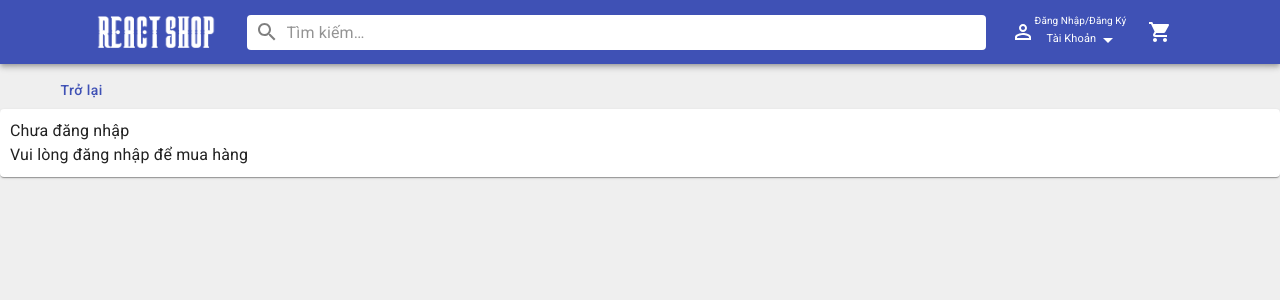
Repository: tvsinh/learn-react
Page: /account
An editor plug-in stored every save of this project. The page is shown before and after the next save, followed by the edit.
The browser window is 1280 px wide. The pictures show the whole page.
The page's requests for data from a server got no answer. The project was rebuilt for these pictures with package versions that can differ from the ones it lists, and the page was loaded fresh each time. No one was signed in, and anything a server would have sent is missing. Also part of the build but not shown: src/components/Footer/index.jsx, src/components/form-controls/InputField/index.jsx, src/features/Todo/components/TodoForm/index.jsx, src/components/form-controls/PasswordField/index.jsx, src/features/Auth/components/LoginForm/index.jsx, src/features/Auth/components/Login/index.jsx, src/features/Auth/components/RegisterForm/index.jsx, src/features/Auth/components/Register/index.jsx and 57 more.

Above is the page before, as saved 2021-08-11 21:50:06.

### public/index.html
<!DOCTYPE html>
<html lang="en">
  <head>
    <meta charset="utf-8" />
    <link rel="icon" href="%PUBLIC_URL%/shop.ico" />
    <meta name="viewport" content="width=device-width, initial-scale=1" />
    <meta name="theme-color" content="#000000" />
    <meta
      name="description"
      content="Web site created using create-react-app"
    />
    <link rel="apple-touch-icon" href="%PUBLIC_URL%/store.png" />
    <!--
      manifest.json provides metadata used when your web app is installed on a
      user's mobile device or desktop. See https://developers.google.com/web/fundamentals/web-app-manifest/
    -->
    <link rel="manifest" href="%PUBLIC_URL%/manifest.json" />
    <!--
      Notice the use of %PUBLIC_URL% in the tags above.
      It will be replaced with the URL of the `public` folder during the build.
      Only files inside the `public` folder can be referenced from the HTML.

      Unlike "/favicon.ico" or "favicon.ico", "%PUBLIC_URL%/favicon.ico" will
      work correctly both with client-side routing and a non-root public URL.
      Learn how to configure a non-root public URL by running `npm run build`.
    -->
    <link rel="stylesheet" href="https://fonts.googleapis.com/css?family=Roboto:300,400,500,700&display=swap" />
    <title>React Shop</title>
  </head>
  <body>
    <noscript>You need to enable JavaScript to run this app.</noscript>
    <div id="root"></div>
    <!--
      This HTML file is a template.
      If you open it directly in the browser, you will see an empty page.

      You can add webfonts, meta tags, or analytics to this file.
      The build step will place the bundled scripts into the <body> tag.

      To begin the development, run `npm start` or `yarn start`.
      To create a production bundle, use `npm run build` or `yarn build`.
    -->
  </body>
</html>

### src/index.css
html {
  background-color: rgb(239, 239, 239);
}

body {
  margin: 0;
  font-family: -apple-system, BlinkMacSystemFont, 'Segoe UI', 'Roboto', 'Oxygen',
    'Ubuntu', 'Cantarell', 'Fira Sans', 'Droid Sans', 'Helvetica Neue',
    sans-serif;
  -webkit-font-smoothing: antialiased;
  -moz-osx-font-smoothing: grayscale;
}

code {
  font-family: source-code-pro, Menlo, Monaco, Consolas, 'Courier New',
    monospace;
}

### src/features/Account/index.jsx
import React from 'react';
import Header from 'components/Header';
import { Box } from '@material-ui/core';
import { Switch, Route, useRouteMatch } from 'react-router-dom';
import AccountPage from './../Account/pages/AccountPage';

AccountFaeture.propTypes = {};

function AccountFaeture() {
  const match = useRouteMatch();

  return (
    <>
      <Header />
      <Box>
        <Switch>
          <Route path={match.url} exact component={AccountPage} />
        </Switch>
      </Box>
    </>
  );
}

export default AccountFaeture;

### src/components/Header/index.jsx
import { makeStyles } from '@material-ui/core/styles';
import Toolbar from '@material-ui/core/Toolbar';
import Typography from '@material-ui/core/Typography';
import MenuIcon from '@material-ui/icons/Menu';
import AccountCircle from '@material-ui/icons/AccountCircle';
import { Badge, Box, Container, IconButton, Menu, MenuItem } from '@material-ui/core';
import AppBar from '@material-ui/core/AppBar';
import Button from '@material-ui/core/Button';
import Dialog from '@material-ui/core/Dialog';
import DialogContent from '@material-ui/core/DialogContent';
import {
  ArrowBack,
  ArrowDropDown,
  Close,
  Home,
  PermIdentityOutlined,
  ShoppingCart,
} from '@material-ui/icons';
import BackToTop from 'components/BackToTop';
import Login from 'features/Auth/components/Login';
import Register from 'features/Auth/components/Register';
import { hideDialog, logout, showDialog } from 'features/Auth/userSlice';
import { cartItemsLenghtSelector } from 'features/Cart/selectors';
import SearchInput from 'features/SearchInput';
import queryString from 'query-string';
import React, { useEffect, useState } from 'react';
import { useDispatch, useSelector } from 'react-redux';
import { Link, useHistory } from 'react-router-dom';
import { useLocation } from 'react-router';
import SuccessCart from 'features/Cart/components/MiniSuccessCart';
import PropTypes from 'prop-types';
import { setFocusSearch } from 'features/Cart/cartSlice';

const useStyles = makeStyles((theme) => ({
  root: {
    position: 'static',

    [theme.breakpoints.down('md')]: {
      position: 'fixed',
      width: '100%',
      zIndex: '2',
      top: '0',
    },
  },
  input: {},
  infor: {
    display: 'flex',
  },
  userName: {
    width: '135px',
  },
  boxUser: {
    textAlign: 'center',
  },
  login: {
    fontSize: '10px',
    textTransform: 'capitalize',
  },
  loginInfo: {
    display: 'flex',
    fontSize: '11px',
    alignItems: 'center',
    marginLeft: '12px',
    textTransform: 'capitalize',
  },
  user: {
    fontSize: '10px',
    marginLeft: '-15px',
    textTransform: 'capitalize',
  },
  userInfo: {
    display: 'flex',
    fontSize: '11px',
    alignItems: 'center',
    marginLeft: '5px',
    textTransform: 'capitalize',
  },
  appbar: {
    padding: '0',
    [theme.breakpoints.up('md')]: {
      padding: theme.spacing(0, 5),
    },
  },
  toolbar: {
    padding: '0',
    display: 'flex',
    justifyContent: 'space-between',
    [theme.breakpoints.up('md')]: {
      padding: theme.spacing(0, 4),
    },
  },

  title: {
    cursor: 'pointer',
    display: 'flex',
    alignItems: 'center',
  },
  link: {
    color: '#fff',
    textDecoration: 'none',
  },
  closeButton: {
    position: 'absolute',
    top: theme.spacing(1),
    right: theme.spacing(1),
    color: theme.palette.grey[500],
    zIndex: 1,
  },
  grow: {
    // flexGrow: 1,
  },

  logo: {
    marginRight: theme.spacing(0),
    listStyle: 'none',
    color: '#FFF',
  },

  sectionDesktop: {
    display: 'none',
    [theme.breakpoints.up('md')]: {
      display: 'flex',
    },
  },
  sectionMobile: {
    display: 'flex',
    [theme.breakpoints.up('md')]: {
      display: 'none',
    },
  },
  logoutMobile: {
    width: '100%',
    borderTop: '1px solid rgba(0, 0, 0, .3)',
    display: 'flex',
    alignItems: 'center',
    justifyContent: 'center',
  },
  logoutMobileText: {
    fontSize: '18px',
    color: 'rgb(0, 127, 240)',
  },
}));

Header.propTypes = {
  showMiniCart: PropTypes.bool,
};

const MODE = {
  LOGIN: 'login',
  REGISTER: 'register',
};

export default function Header({ showMiniCart }) {
  const classes = useStyles();
  const [mobileMoreAnchorEl, setMobileMoreAnchorEl] = React.useState(null);

  const [anchorEl, setAnchorEl] = useState(null);
  const isMobileMenuOpen = Boolean(mobileMoreAnchorEl);

  const dispatch = useDispatch();

  // backIcon
  const [backIcon, setBackIcon] = useState(false);
  const location = useLocation();

  useEffect(() => {
    const params = queryString.parse(location.search);
    const origin = window.location.origin;
    const href = window.location.href;
    if (params['category.searchTerm'] || href !== `${origin}/products`) {
      setBackIcon(true);
    }
    if (href === `${origin}/products?_limit=12&_page=1&_sort=salePrice%3AASC`) {
      setBackIcon(false);
    }

    return null;
  }, [location.search, location.href, location.origin]);

  // end backIcon
  const loggedInUser = useSelector((state) => state.user.current);
  const cartItemsLenght = useSelector(cartItemsLenghtSelector);
  const isLoggedIn = !!loggedInUser.id;
  const history = useHistory();

  const setDialogLogin = useSelector((state) => state.user.showDialogLogin);
  // const [open, setOpen] = useState(false);
  const [mode, setMode] = useState(MODE.LOGIN);
  const handleClickOpen = () => {
    // setOpen(true);
    dispatch(showDialog());
    handleMobileMenuClose();
  };

  const handleClose = () => {
    // setOpen(false);
    dispatch(hideDialog());
  };

  const handleUserClick = (event) => {
    setAnchorEl(event.currentTarget);
  };

  const handleMyAccount = () => {
    history.push('/account');
  };

  const handleCloseMenu = () => {
    setAnchorEl(null);
  };

  const handleLogoutClick = () => {
    const action = logout();
    dispatch(action);
    setAnchorEl(null);
    window.location.reload();
  };

  const handleCartClick = () => {
    history.push('/cart');
  };

  const handleFilterSearch = (value) => {
    const formValue = {
      _q: value,
    };
    dispatch(setFocusSearch(true));
    history.push({
      pathname: '/products',
      search: queryString.stringify(formValue),
    });
  };

  const handleHome = () => {
    history.push({
      pathname: '/',
    });
  };
  const handleBack = () => {
    history.goBack();
  };

  // const handleProfileMenuOpen = (event) => {
  //   setAnchorEl(event.currentTarget);
  // };

  const handleMobileMenuClose = () => {
    setMobileMoreAnchorEl(null);
  };

  const handleMobileMenuOpen = (event) => {
    setMobileMoreAnchorEl(event.currentTarget);
  };

  const menuId = 'primary-search-account-menu';
  const renderMenu = (
    <Menu
      id={menuId}
      className={classes.sectionDesktop}
      anchorEl={anchorEl}
      keepMounted
      open={Boolean(anchorEl)}
      onClose={handleCloseMenu}
      anchorOrigin={{
        vertical: 'bottom',
        horizontal: 'right',
      }}
      transformOrigin={{
        vertical: 'top',
        horizontal: 'right',
      }}
      getContentAnchorEl={null}
    >
      <MenuItem onClick={handleMyAccount}>Tài khoản của tôi</MenuItem>
      <MenuItem onClick={handleLogoutClick}>Thoát tài khoản</MenuItem>
    </Menu>
  );

  const mobileMenuId = 'primary-search-account-menu-mobile';
  const renderMobileMenu = (
    <Menu
      className={classes.sectionMobile}
      anchorEl={mobileMoreAnchorEl}
      id={mobileMenuId}
      keepMounted
      open={isMobileMenuOpen}
      onClose={handleMobileMenuClose}
      getContentAnchorEl={null}
      anchorOrigin={{ vertical: 'bottom', horizontal: 'left' }}
      transformOrigin={{ vertical: 'top', horizontal: 'left' }}
    >
      {!isLoggedIn && (
        <MenuItem onClick={handleClickOpen}>
          <IconButton color="inherit">
            <AccountCircle />
          </IconButton>
          <Typography>Đăng nhập</Typography>
        </MenuItem>
      )}
      {isLoggedIn && (
        <MenuItem onClick={handleMyAccount}>
          <IconButton
            color="inherit"
            aria-label="account of current user"
            aria-controls="primary-search-account-menu"
            aria-haspopup="true"
          >
            <AccountCircle />
          </IconButton>
          <Typography>{loggedInUser.fullName}</Typography>
        </MenuItem>
      )}
      <MenuItem onClick={handleHome}>
        <IconButton color="inherit">
          <Home />
        </IconButton>
        <Typography>Trang chủ</Typography>
      </MenuItem>
      {isLoggedIn && (
        <MenuItem className={classes.logoutMobile} onClick={handleLogoutClick}>
          <Box>
            <Typography className={classes.logoutMobileText}>Đăng xuất</Typography>
          </Box>
        </MenuItem>
      )}
    </Menu>
  );

  return (
    <Box className={classes.root}>
      <BackToTop />
      <AppBar position="static" className={classes.appbar}>
        <Container>
          <Toolbar className={classes.toolbar}>
            {backIcon && (
              <IconButton color="inherit" className={classes.sectionMobile} onClick={handleBack}>
                <ArrowBack />
              </IconButton>
            )}
            <IconButton
              color="inherit"
              className={classes.sectionMobile}
              aria-label="show more"
              aria-controls={mobileMenuId}
              aria-haspopup="true"
              onClick={handleMobileMenuOpen}
            >
              <MenuIcon />
            </IconButton>
            <Typography variant="h6" onClick={handleHome} className={classes.title}>
              <Link to="/" className={`${classes.link} + ${classes.sectionDesktop}`}>
                <img alt="reactShopLogo" src="/ReactShop.png" width="120px" height="32px" />
              </Link>
            </Typography>

            <SearchInput onSubmit={handleFilterSearch} className={classes.input} />

            <Box className={classes.infor}>
              <div className={classes.sectionDesktop}>
                {!isLoggedIn && (
                  <Button color="inherit" onClick={handleClickOpen} className={classes.userName}>
                    <PermIdentityOutlined />
                    <Box>
                      <Typography className={classes.login}>Đăng nhập/Đăng ký</Typography>
                      <Typography className={classes.loginInfo}>
                        Tài khoản
                        <ArrowDropDown />
                      </Typography>
                    </Box>
                  </Button>
                )}

                {isLoggedIn && (
                  <Button color="inherit" onClick={handleUserClick} className={classes.userName}>
                    <PermIdentityOutlined />
                    <Box>
                      <Typography className={classes.user}>Tài khoản</Typography>
                      <Typography className={classes.userInfo}>
                        {loggedInUser.fullName}
                        <ArrowDropDown />
                      </Typography>
                    </Box>
                  </Button>
                )}
              </div>

              <IconButton aria-label="cart item" color="inherit" onClick={handleCartClick}>
                <Badge badgeContent={cartItemsLenght} color="secondary">
                  <ShoppingCart />
                </Badge>
              </IconButton>
              {showMiniCart ? <SuccessCart /> : null}
            </Box>
          </Toolbar>
        </Container>
      </AppBar>

      <Dialog
        disableBackdropClick
        disableEscapeKeyDown
        open={setDialogLogin}
        onClose={handleClose}
        aria-labelledby="form-dialog-title"
      >
        <IconButton className={classes.closeButton} onClick={handleClose}>
          <Close />
        </IconButton>

        <DialogContent>
          {mode === MODE.REGISTER && (
            <>
              <Register closeDialog={handleClose} />

              <Box textAlign="center">
                <Typography display="inline">Already have an account.</Typography>
                <Button display="inline" color="primary" onClick={() => setMode(MODE.LOGIN)}>
                  Login here
                </Button>
              </Box>
            </>
          )}

          {mode === MODE.LOGIN && (
            <>
              <Login closeDialog={handleClose} />

              <Box textAlign="center">
                <Typography display="inline">Dont have an account.</Typography>
                <Button display="inline" color="primary" onClick={() => setMode(MODE.REGISTER)}>
                  Register here
                </Button>
              </Box>
            </>
          )}
        </DialogContent>
      </Dialog>
      {renderMobileMenu}
      {renderMenu}
    </Box>
  );
}

### src/components/BackToTop/index.jsx
import { Zoom } from '@material-ui/core';
import CssBaseline from '@material-ui/core/CssBaseline';
import Fab from '@material-ui/core/Fab';
import { makeStyles } from '@material-ui/core/styles';
import useScrollTrigger from '@material-ui/core/useScrollTrigger';
import KeyboardArrowUpIcon from '@material-ui/icons/KeyboardArrowUp';
import PropTypes from 'prop-types';
import React from 'react';
// import Zoom from '@material-ui/core/Zoom';

const useStyles = makeStyles((theme) => ({
  '@global': {
    '@keyframes scrollTop': {
      from: {
        transform: 'translateY(1px)',
      },
      to: {
        transform: 'translateY(-1px)',
      },
    },
  },
  root: {
    zIndex: '1',
    position: 'fixed',
    bottom: theme.spacing(2),
    right: theme.spacing(1),
  },
  iconUp: {
    // '-webkit-animation': 'scrollTop .5s ease alternate infinite',
    animation: '$scrollTop .5s ease alternate infinite',
  },
}));

function ScrollTop(props) {
  const { children } = props;
  const classes = useStyles();

  const trigger = useScrollTrigger({
    disableHysteresis: true,
    threshold: 300,
  });

  const handleClick = (event) => {
    // const anchor = (event.target.ownerDocument || document).querySelector('#back-to-top-anchor');
    // if (anchor) {
    //   anchor.scrollIntoView({ behavior: 'smooth', block: 'center' });
    // }
    window.scrollTo({ top: 0, behavior: `smooth` });
  };

  // if (trigger) {
  //   return (
  //     <div onClick={handleClick} role="presentation" className={classes.root}>
  //       {children}
  //     </div>
  //   );
  // } else {
  //   return null;
  // }

  return (
    <Zoom
      in={trigger}
      timeout={{
        appear: 700,
        enter: 700,
        exit: 700,
      }}
    >
      <div onClick={handleClick} role="presentation" className={classes.root}>
        {children}
      </div>
    </Zoom>
  );
}
ScrollTop.propTypes = {
  children: PropTypes.element.isRequired,
};
export default function BackToTop(props) {
  const classes = useStyles();
  return (
    <React.Fragment>
      <CssBaseline />
      <ScrollTop {...props}>
        <Fab color="primary" size="small" aria-label="scroll back to top">
          <KeyboardArrowUpIcon className={classes.iconUp} />
        </Fab>
      </ScrollTop>
    </React.Fragment>
  );
}

### src/features/SearchInput/index.jsx
import InputBase from '@material-ui/core/InputBase';
import { fade, makeStyles } from '@material-ui/core/styles';
import SearchIcon from '@material-ui/icons/Search';
import { PropTypes } from 'prop-types';
import queryString from 'query-string';
import React, { useEffect, useRef, useState } from 'react';
import { useLocation } from 'react-router';
import { useSelector } from 'react-redux';

const useStyles = makeStyles((theme) => ({
  root: {
    margin: theme.spacing(0, 2),
  },

  search: {
    width: '100%',
    position: 'relative',
    borderRadius: theme.shape.borderRadius,
    backgroundColor: fade(theme.palette.common.white, 1),
    '&:hover': {
      backgroundColor: fade(theme.palette.common.white, 1),
    },

    [theme.breakpoints.up('md')]: {
      width: '68%',
      marginLeft: theme.spacing(2),
    },
  },

  searchIcon: {
    color: fade(theme.palette.common.black, 0.5),
    padding: theme.spacing(0, 1),
    height: '100%',
    position: 'absolute',
    pointerEvents: 'none',
    display: 'flex',
    alignItems: 'center',
    justifyContent: 'center',
  },
  inputRoot: {
    color: fade(theme.palette.common.black, 1),
  },
  inputInput: {
    padding: theme.spacing(1, 1, 1, 1),
    // vertical padding + font size from searchIcon
    paddingLeft: `calc(1em + ${theme.spacing(3)}px)`,
    width: '90ch',
    [theme.breakpoints.down('md')]: {
      width: '100%',
      padding: theme.spacing(1, 1, 1, 5),
    },
  },
  sectionDesktop: {
    display: 'none',
    [theme.breakpoints.up('md')]: {
      display: 'flex',
    },
  },
  sectionMobile: {
    display: 'flex',
    [theme.breakpoints.up('md')]: {
      display: 'none',
    },
  },
}));

SearchInput.propTypes = {
  onSubmit: PropTypes.func,
};

function SearchInput({ onSubmit = {} }) {
  const classes = useStyles();
  const location = useLocation();
  const autoFocus = useSelector((state) => state.cart.focusSearch);
  const [searchTerm, setSearchTerm] = useState('');
  const typingTimeoutRef = useRef(null);

  useEffect(() => {
    const params = queryString.parse(location.search);
    if (params['_q']) {
      const valueSearch = params['_q'];
      setSearchTerm(valueSearch);
    } else {
      setSearchTerm('');
    }
  }, [location.search]);

  const handleSearchTermChange = (e) => {
    const value = e.target.value;
    setSearchTerm(value);

    if (!onSubmit) return;
    if (typingTimeoutRef.current) {
      clearTimeout(typingTimeoutRef.current);
    }
    typingTimeoutRef.current = setTimeout(() => {
      if (value.length > 0) {
        onSubmit(value);
      } else {
        return null;
      }
    }, 500);
  };
  const handleOnkeyUp = (e) => {
    // if (e.keyCode === 13) {
    //   console.log(e.keycode);
    //   if (!onSubmit) return;
    //   let value = e.target.value;
    //   value = value.trim();
    //   if (value.length > 0) {
    //     onSubmit(value);
    //   } else {
    //     return null;
    //   }
    // }
  };

  return (
    <div className={classes.search}>
      <div className={classes.searchIcon}>
        <SearchIcon />
      </div>
      <InputBase
        placeholder="Tìm kiếm…"
        classes={{
          root: classes.inputRoot,
          input: classes.inputInput,
        }}
        inputProps={{ 'aria-label': 'search' }}
        type="text"
        value={searchTerm}
        onChange={handleSearchTermChange}
        onKeyUp={handleOnkeyUp}
        autoFocus={autoFocus}
      ></InputBase>
    </div>
  );
}

export default SearchInput;

Loaded but not shown: src/reportWebVitals.js (common file); src/App.css (common file); src/utils/index.js (common file); src/features/Cart/cartSlice.js (54 lines, source omitted); src/features/Auth/userSlice.js (61 lines, source omitted); src/features/CheckOut/orderSlice.js (57 lines, source omitted); src/api/axiosClient.js (46 lines, source omitted); src/App.js (36 lines, source omitted); src/index.js (31 lines, source omitted); src/api/userApi.js (33 lines, source omitted); src/api/orderApi.js (30 lines, source omitted); src/features/Cart/selectors.js (17 lines, source omitted); src/app/store.js (16 lines, source omitted); src/constants/storage-keys.js (8 lines, source omitted); src/constants/common.js (2 lines, source omitted); src/utils/common.js (3 lines, source omitted); src/constants/index.js (2 lines, source omitted); src/features/Account/pages/AccountPage.jsx (346 lines, source omitted)

After the next save:
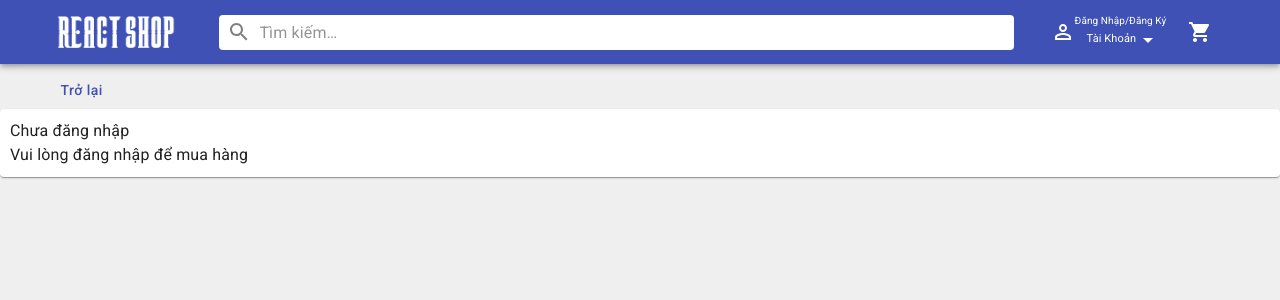
Saved 3 min 37 s later.
--- a/src/components/Header/index.jsx
+++ b/src/components/Header/index.jsx
@@ -78,7 +78,7 @@ const useStyles = makeStyles((theme) => ({
   appbar: {
     padding: '0',
     [theme.breakpoints.up('md')]: {
-      padding: theme.spacing(0, 5),
+      padding: theme.spacing(0),
     },
   },
   toolbar: {
